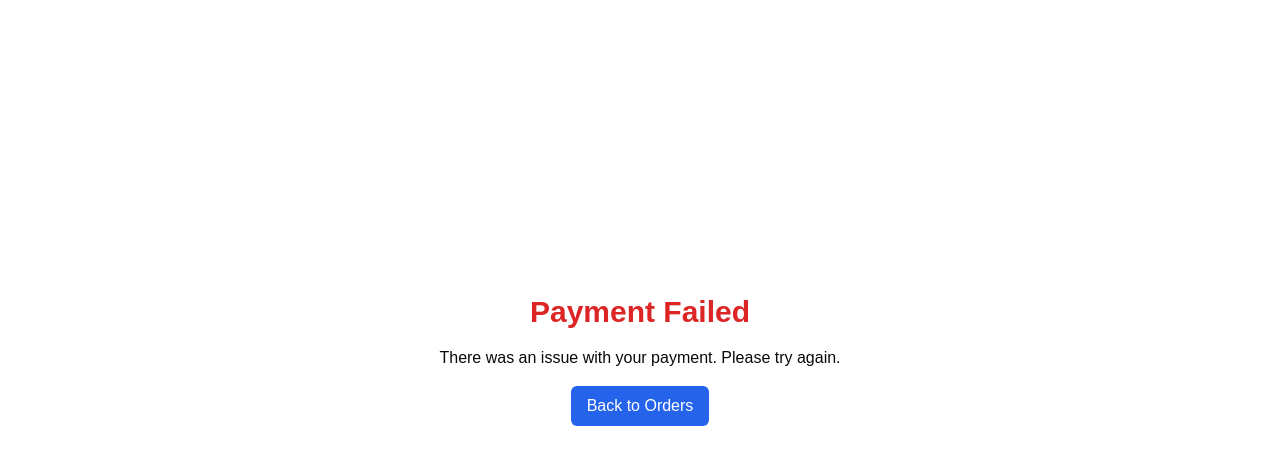
Repository: Dineshbhandari2023/FYP_Fasal_Bajar
Page: /payment/failure (app in Client/)
The author's editor kept a copy of each file at every save. The page is drawn from the files as they stood at one save, then again after the next save.
The browser window is 1280 px wide. The pictures show the whole page.
The page's requests for data from a server got no answer. Some web libraries are served in a nearby version. The project was rebuilt for these pictures with package versions that can differ from the ones it lists, and the page was loaded fresh each time. Some packages were replaced by stand-ins written for this rebuild. No one was signed in, and anything a server would have sent is missing. Also part of the build but not shown: Client/vite.config.js, Client/src/Authentication/logIn.jsx, Client/src/Authentication/register.jsx, Client/src/pages/Sidebar.jsx, Client/src/Farmer/reviewNotifications.jsx, Client/src/pages/Navbar.jsx, Client/src/Farmer/body.jsx, Client/src/Farmer/Dashboard.jsx and 40 more.

Above is the page before, as saved 2025-04-23 23:12:27.

### Client/index.html
<!DOCTYPE html>
<html lang="en">
  <head>
    <meta charset="UTF-8" />
    <link rel="icon" type="image/svg+xml" href="/vite.svg" />
    <meta name="viewport" content="width=device-width, initial-scale=1.0" />
    <title>Vite + React</title>
    <style>
      @import url("https://fonts.googleapis.com/css2?family=Montserrat:ital@0;1&display=swap");
    </style>
    <link
      rel="stylesheet"
      href="https://cdnjs.cloudflare.com/ajax/libs/font-awesome/5.15.0/css/all.min.css"
    />
    <link
      rel="stylesheet"
      href="https://cdn.jsdelivr.net/npm/bootstrap-icons@1.4.1/font/bootstrap-icons.css"
    />
  </head>
  <body>
    <div id="root"></div>
    <script type="module" src="/src/main.jsx"></script>
  </body>
</html>

### Client/src/main.jsx
// import { StrictMode } from "react";
// import { createRoot } from "react-dom/client";
// import "./index.css";
// import App from "./App.jsx";
// import { ToastContainer } from "react-toastify";
// import "react-toastify/ReactToastify.css";
// import { Provider } from "react-redux";
// import store from "./Redux/Store/store.js";
// import socketService from "./services/socketService";

// socketService.initializeSocket(store);
// createRoot(document.getElementById("root")).render(
//   <StrictMode>
//     <Provider store={store}>
//       <ToastContainer
//         position="top-right"
//         autoClose={5000}
//         hideProgressBar={false}
//         newestOnTop={false}
//         closeOnClick
//         rtl={false}
//         pauseOnFocusLoss
//         draggable
//         pauseOnHover
//         theme="light"
//       />
//       <App />
//     </Provider>
//   </StrictMode>
// );

import { StrictMode } from "react";
import { createRoot } from "react-dom/client";
import "./index.css";
import App from "./App.jsx";
import { ToastContainer } from "react-toastify";
import "react-toastify/ReactToastify.css";
import { Provider } from "react-redux";
import store, { persistor } from "./Redux/Store/store.js";
import { PersistGate } from "redux-persist/integration/react";
import socketService from "./services/socketService";

// Initialize any socket services with the store
socketService.initializeSocket(store);

createRoot(document.getElementById("root")).render(
  <StrictMode>
    <Provider store={store}>
      <PersistGate
        loading={null}
        persistor={persistor}
        onBeforeLift={() => {
          // Optionally dispatch setAuthChecked(true)
          store.dispatch({ type: "user/setAuthChecked", payload: true });
        }}
      >
        <ToastContainer
          position="top-right"
          autoClose={5000}
          hideProgressBar={false}
          newestOnTop={false}
          closeOnClick
          rtl={false}
          pauseOnFocusLoss
          draggable
          pauseOnHover
          theme="light"
        />
        <App />
      </PersistGate>
    </Provider>
  </StrictMode>
);

### Client/src/index.css
@tailwind base;
@tailwind components;
@tailwind utilities;

body {
  font-family: Arial, Helvetica, sans-serif;
}

/* Custom Utilities */
@layer utilities {
  .text-balance {
    text-wrap: balance;
  }
  .border-border {
    border-color: hsl(var(--border));
  }
  .bg-background {
    background-color: hsl(var(--background));
  }
  .text-foreground {
    color: hsl(var(--foreground));
  }
}

/* Base Styles and Variables */
@layer base {
  /* Light mode variables */
  :root {
    --background: 0 0% 100%;
    --foreground: 0 0% 3.9%;

    --card: 0 0% 100%;
    --card-foreground: 0 0% 3.9%;

    --popover: 0 0% 100%;
    --popover-foreground: 0 0% 3.9%;

    --primary: 0 0% 9%;
    --primary-foreground: 0 0% 98%;

    --secondary: 0 0% 96.1%;
    --secondary-foreground: 0 0% 9%;

    --muted: 0 0% 96.1%;
    --muted-foreground: 0 0% 45.1%;

    --accent: 0 0% 96.1%;
    --accent-foreground: 0 0% 9%;

    --destructive: 0 84.2% 60.2%;
    --destructive-foreground: 0 0% 98%;

    --border: 0 0% 89.8%;
    --input: 0 0% 89.8%;
    --ring: 0 0% 3.9%;

    --chart-1: 12 76% 61%;
    --chart-2: 173 58% 39%;
    --chart-3: 197 37% 24%;
    --chart-4: 43 74% 66%;
    --chart-5: 27 87% 67%;

    --radius: 0.5rem;

    --sidebar-background: 0 0% 98%;
    --sidebar-foreground: 240 5.3% 26.1%;
    --sidebar-primary: 240 5.9% 10%;
    --sidebar-primary-foreground: 0 0% 98%;
    --sidebar-accent: 240 4.8% 95.9%;
    --sidebar-accent-foreground: 240 5.9% 10%;
    --sidebar-border: 220 13% 91%;
    --sidebar-ring: 217.2 91.2% 59.8%;
  }

  /* Dark mode variables */
  .dark {
    --background: 0 0% 3.9%;
    --foreground: 0 0% 98%;

    --card: 0 0% 3.9%;
    --card-foreground: 0 0% 98%;

    --popover: 0 0% 3.9%;
    --popover-foreground: 0 0% 98%;

    --primary: 0 0% 98%;
    --primary-foreground: 0 0% 9%;

    --secondary: 0 0% 14.9%;
    --secondary-foreground: 0 0% 98%;

    --muted: 0 0% 14.9%;
    --muted-foreground: 0 0% 63.9%;

    --accent: 0 0% 14.9%;
    --accent-foreground: 0 0% 98%;

    --destructive: 0 62.8% 30.6%;
    --destructive-foreground: 0 0% 98%;

    --border: 0 0% 14.9%;
    --input: 0 0% 14.9%;
    --ring: 0 0% 83.1%;

    --chart-1: 220 70% 50%;
    --chart-2: 160 60% 45%;
    --chart-3: 30 80% 55%;
    --chart-4: 280 65% 60%;
    --chart-5: 340 75% 55%;

    --sidebar-background: 240 5.9% 10%;
    --sidebar-foreground: 240 4.8% 95.9%;
    --sidebar-primary: 224.3 76.3% 48%;
    --sidebar-primary-foreground: 0 0% 100%;
    --sidebar-accent: 240 3.7% 15.9%;
    --sidebar-accent-foreground: 240 4.8% 95.9%;
    --sidebar-border: 240 3.7% 15.9%;
    --sidebar-ring: 217.2 91.2% 59.8%;
  }

  /* Global Base Styles */
  * {
    @apply border-border;
  }
  body {
    @apply bg-background text-foreground;
  }
}

### Client/src/App.jsx
// App.jsx
import React, { useEffect } from "react";
import { BrowserRouter as Router, Routes, Route } from "react-router-dom";
import { useDispatch } from "react-redux";
import { login, logout } from "./Redux/slice/userSlice";

import Login from "./Authentication/logIn";
import Register from "./Authentication/register";
import Dashboard from "./Farmer/Dashboard";
import Product from "./Farmer/Product";
import Order from "./Farmer/Order";
import Message from "./pages/Message";
import Settings from "./Farmer/Settings";
import Landing from "./pages/landing";
import ProtectedRoute from "./Routes/ProtectedRoute";
import ProductList from "./Farmer/ProductList";
import UserDashboard from "./UI/UserDashboard";
import BrowsePage from "./browse/page";
import SellPage from "./sell/page";
import OrdersPage from "./orders/page";
import ProfilePage from "./profile/page";
import CartPage from "./cart/page";
import Map from "./map/page";
import Success from "./payment/success";
import Failure from "./payment/paymentFailure";
import PaymentComponent from "./payment/paymentForm";
import FarmerProfile from "./map/farmerProfile";
import MessagesPage from "./chat/messages";
//supplier imports
// import SupplierDashboardPage from "./supplier/pages/DashboardPage";
import SupplierDashboardPage from "./supplier/Tabs/DashboardPage";
import SupplierProfilePage from "./supplier/pages/ProfilePage";
// import SupplierMessagesPage from "./supplier/pages/MessagesPage";
import AnalyticsPage from "./supplier/Tabs/AnalyticsPage";
import DeliveriesPage from "./supplier/Tabs/DeliveriesPage";
import SupplierOrdersPage from "./supplier/Tabs/OrdersPage";
import SupplierMessagesPage from "./supplier/Tabs/MessagesPage";
import SupplierMapPage from "./supplier/Tabs/MapPage";

const App = () => {
  const dispatch = useDispatch();

  // useEffect(() => {
  //   const token = localStorage.getItem("accessToken");
  //   const storedUser = localStorage.getItem("user");

  //   if (token && storedUser) {
  //     dispatch(login({ token, user: JSON.parse(storedUser) }));
  //   } else {
  //     dispatch(logout());
  //   }
  // }, [dispatch]);
  useEffect(() => {
    dispatch({ type: "user/setAuthChecked", payload: true });
  }, []);

  return (
    <Router>
      <Routes>
        {/* Public Routes */}
        <Route path="/" element={<Landing />} />
        <Route path="/login" element={<Login />} />
        <Route path="/register" element={<Register />} />

        {/* Protected Routes */}

        <Route
          path="/farmer-dashboard"
          element={
            <ProtectedRoute>
              <Dashboard />
            </ProtectedRoute>
          }
        />
        <Route
          path="/farmer-product"
          element={
            <ProtectedRoute>
              <Product />
            </ProtectedRoute>
          }
        />
        <Route
          path="/farmer-orders"
          element={
            <ProtectedRoute>
              <Order />
            </ProtectedRoute>
          }
        />
        <Route
          path="/farmer/messages"
          element={
            <ProtectedRoute>
              <Message />
            </ProtectedRoute>
          }
        />
        <Route
          path="/product-list"
          element={
            <ProtectedRoute>
              <ProductList />
            </ProtectedRoute>
          }
        />
        <Route
          path="/settings"
          element={
            <ProtectedRoute>
              <Settings />
            </ProtectedRoute>
          }
        />
        <Route
          path="/user-dashboard"
          element={
            <ProtectedRoute>
              <UserDashboard />
            </ProtectedRoute>
          }
        />

        {/* Browse Routes */}
        <Route
          path="/browse"
          element={
            <ProtectedRoute>
              <BrowsePage />
            </ProtectedRoute>
          }
        />

        <Route
          path="/map"
          element={
            <ProtectedRoute>
              <Map />
            </ProtectedRoute>
          }
        />
        <Route
          path="/messages"
          element={
            <ProtectedRoute>
              <MessagesPage />
            </ProtectedRoute>
          }
        />

        <Route
          path="/farmer/:id"
          element={
            <ProtectedRoute>
              <FarmerProfile />
            </ProtectedRoute>
          }
        />
        {/* Sell Routes */}
        {/* <Route path="/sell" element={<SellPage />} /> */}
        <Route
          path="/sell"
          element={
            <ProtectedRoute>
              <SellPage />
            </ProtectedRoute>
          }
        />
        {/* Orders Routes */}
        {/* <Route path="/orders" element={<OrdersPage />} /> */}
        <Route
          path="/orders"
          element={
            <ProtectedRoute>
              <OrdersPage />
            </ProtectedRoute>
          }
        />
        {/* Profile Routes */}
        {/* <Route path="/profile" element={<ProfilePage />} /> */}
        <Route
          path="/profile"
          element={
            <ProtectedRoute>
              <ProfilePage />
            </ProtectedRoute>
          }
        />
        {/* Cart Routes */}
        {/* <Route path="/cart" element={<CartPage />} /> */}
        <Route
          path="/cart"
          element={
            <ProtectedRoute>
              <CartPage />
            </ProtectedRoute>
          }
        />

        <Route
          path="/supplier/dashboard"
          element={
            <ProtectedRoute>
              <SupplierDashboardPage />
            </ProtectedRoute>
          }
        />

        <Route
          path="/supplier/profile"
          element={
            <ProtectedRoute>
              <SupplierProfilePage />
            </ProtectedRoute>
          }
        />

        <Route
          path="/supplier/orders"
          element={
            <ProtectedRoute>
              <SupplierOrdersPage />
            </ProtectedRoute>
          }
        />
        <Route
          path="/supplier/deliveries"
          element={
            <ProtectedRoute>
              <DeliveriesPage />
            </ProtectedRoute>
          }
        />
        <Route
          path="/supplier/map"
          element={
            <ProtectedRoute>
              <SupplierMapPage />
            </ProtectedRoute>
          }
        />
        <Route
          path="/supplier/messages"
          element={
            <ProtectedRoute>
              <SupplierMessagesPage />
            </ProtectedRoute>
          }
        />
        <Route
          path="/supplier/messages/:contactId"
          element={<SupplierMessagesPage />}
        />
        <Route
          path="/supplier/analytics"
          element={
            <ProtectedRoute>
              <AnalyticsPage />
            </ProtectedRoute>
          }
        />
        <Route
          path="/supplier/settings"
          element={
            <ProtectedRoute>
              <SupplierDashboardPage />
            </ProtectedRoute>
          }
        />
        <Route
          path="/supplier/help"
          element={
            <ProtectedRoute>
              <SupplierDashboardPage />
            </ProtectedRoute>
          }
        />

        <Route path="/payment/success" element={<Success />} />
        <Route path="/payment/failure" element={<Failure />} />
        {/* <Route path="/payment-form" element={<PaymentComponent />} /> */}
      </Routes>
    </Router>
  );
};

export default App;

### Client/src/Redux/Store/store.js
// // store.js
// import { configureStore } from "@reduxjs/toolkit";
// import userReducer from "../slice/userSlice";
// import productsReducer from "../slice/productSlice";
// import ordersReducer from "../slice/orderSlice";
// import paymentReducer from "../slice/paymentSlice";
// import reviewReducer from "../slice/reviewSlice";
// import messageReducer from "../slice/messageSlice";

// const store = configureStore({
//   reducer: {
//     user: userReducer,
//     products: productsReducer,
//     orders: ordersReducer,
//     payment: paymentReducer,
//     review: reviewReducer,
//     messages: messageReducer,
//   },
//   middleware: (getDefaultMiddleware) =>
//     getDefaultMiddleware({
//       serializableCheck: false,
//     }),
//   devTools: process.env.NODE_ENV !== "production",
// });

// export default store;

import { configureStore, combineReducers } from "@reduxjs/toolkit";
import userReducer from "../slice/userSlice";
import productsReducer from "../slice/productSlice";
import ordersReducer from "../slice/orderSlice";
import paymentReducer from "../slice/paymentSlice";
import reviewReducer from "../slice/reviewSlice";
import messageReducer from "../slice/messageSlice";
import supplierReducer from "../slice/supplierSlice";
import { persistStore, persistReducer } from "redux-persist";
import storage from "redux-persist/lib/storage"; // defaults to localStorage for web

// Configure persist with a key and the storage engine
const persistConfig = {
  key: "root",
  storage,
  whitelist: [
    "user",
    "products",
    "orders",
    "payment",
    "review",
    "messages",
    "supplier",
  ], // persist the user slice (adjust as needed)
};

// Combine your reducers into a rootReducer
const rootReducer = combineReducers({
  user: userReducer,
  products: productsReducer,
  orders: ordersReducer,
  payment: paymentReducer,
  review: reviewReducer,
  messages: messageReducer,
  supplier: supplierReducer,
});

// Wrap the rootReducer with persistReducer
const persistedReducer = persistReducer(persistConfig, rootReducer);

const store = configureStore({
  reducer: persistedReducer,
  middleware: (getDefaultMiddleware) =>
    getDefaultMiddleware({
      serializableCheck: false, // Disable serializableCheck for redux-persist related non-serializable items
    }),
  devTools: process.env.NODE_ENV !== "production",
});

// Create the persistor from the store
export const persistor = persistStore(store);
export default store;

### Client/src/services/socketService.js
import { io } from "socket.io-client";
import {
  addSocketReview,
  updateSocketReview,
  deleteSocketReview,
} from "../Redux/slice/reviewSlice";

// Socket.IO service for managing connections and event handlers
class SocketService {
  constructor() {
    this.socket = null;
    this.reviewSocket = null;
    this.store = null;
  }

  // Initialize the main socket connection
  initializeSocket(store) {
    this.store = store;

    const token = localStorage.getItem("accessToken");
    const serverUrl = "http://localhost:8000"; // Hardcode the server URL for now

    // Socket.IO client options
    const socketOptions = {
      auth: { token },
      reconnection: true,
      reconnectionAttempts: 5,
      reconnectionDelay: 1000,
      withCredentials: true,
      transports: ["websocket", "polling"], // Try websocket first, then polling
    };

    console.log("Connecting to Socket.IO server at:", serverUrl);

    this.socket = io(serverUrl, socketOptions);

    this.socket.on("connect", () => {
      console.log("Connected to main socket server with ID:", this.socket.id);
    });

    this.socket.on("connect_error", (error) => {
      console.error("Socket connection error:", error);
      console.error("Socket connection error details:", error.message);
    });

    this.socket.on("disconnect", (reason) => {
      console.log("Disconnected from socket server:", reason);
    });

    // Initialize the reviews namespace
    this.initializeReviewSocket(token, serverUrl);

    return this.socket;
  }

  // Initialize the reviews namespace socket
  initializeReviewSocket(token, serverUrl) {
    // Socket.IO client options for review namespace
    const socketOptions = {
      auth: { token },
      reconnection: true,
      reconnectionAttempts: 5,
      reconnectionDelay: 1000,
      withCredentials: true,
      transports: ["websocket", "polling"], // Try websocket first, then polling
    };

    console.log("Connecting to reviews namespace at:", `${serverUrl}/reviews`);

    this.reviewSocket = io(`${serverUrl}/reviews`, socketOptions);

    this.reviewSocket.on("connect", () => {
      console.log(
        "Connected to reviews socket namespace with ID:",
        this.reviewSocket.id
      );
    });

    this.reviewSocket.on("connect_error", (error) => {
      console.error("Reviews socket connection error:", error);
      console.error("Reviews socket connection error details:", error.message);
    });

    // Set up review event listeners
    this.setupReviewEventListeners();

    return this.reviewSocket;
  }

  // Set up event listeners for review-related events
  setupReviewEventListeners() {
    if (!this.reviewSocket) return;

    this.reviewSocket.on("new_review", (review) => {
      console.log("New review received:", review);
      if (this.store) {
        this.store.dispatch(addSocketReview(review));
      }
    });

    this.reviewSocket.on("update_review", (review) => {
      console.log("Review updated:", review);
      if (this.store) {
        this.store.dispatch(updateSocketReview(review));
      }
    });

    this.reviewSocket.on("delete_review", (reviewId) => {
      console.log("Review deleted:", reviewId);
      if (this.store) {
        this.store.dispatch(deleteSocketReview(reviewId));
      }
    });
  }

  // Join a farmer's review room to receive updates
  joinFarmerReviewRoom(farmerId) {
    if (this.reviewSocket && this.reviewSocket.connected) {
      this.reviewSocket.emit("join_farmer_room", farmerId);
      console.log(`Joined farmer ${farmerId} review room`);
    } else {
      console.warn("Cannot join room: review socket not connected");
    }
  }

  // Leave a farmer's review room
  leaveFarmerReviewRoom(farmerId) {
    if (this.reviewSocket && this.reviewSocket.connected) {
      this.reviewSocket.emit("leave_farmer_room", farmerId);
      console.log(`Left farmer ${farmerId} review room`);
    }
  }

  // Disconnect all sockets
  disconnect() {
    if (this.reviewSocket) {
      this.reviewSocket.disconnect();
    }

    if (this.socket) {
      this.socket.disconnect();
    }
  }
}

// Create a singleton instance
const socketService = new SocketService();
export default socketService;

### Client/src/payment/paymentFailure.jsx
import { useNavigate } from "react-router-dom";

const Failure = () => {
  const navigate = useNavigate();

  return (
    <div className="min-h-screen flex items-center justify-center">
      <div className="text-center">
        <h1 className="text-3xl font-bold text-red-600 mb-4">Payment Failed</h1>
        <p className="mb-4">
          There was an issue with your payment. Please try again.
        </p>
        <button
          onClick={() => navigate("/orders")}
          className="px-4 py-2 bg-blue-600 text-white rounded-md hover:bg-blue-700"
        >
          Back to Orders
        </button>
      </div>
    </div>
  );
};

export default Failure;

### Client/src/Redux/slice/paymentSlice.js
import { createSlice } from "@reduxjs/toolkit";

const initialState = {
  loading: false,
  paymentUrl: null, // URL to redirect for payment if needed
  paymentStatus: null, // e.g., "Completed", "Pending", "Failed"
  error: null,
};

const paymentSlice = createSlice({
  name: "payment",
  initialState,
  reducers: {
    initiatePaymentRequest(state) {
      state.loading = true;
      state.error = null;
      state.paymentUrl = null;
    },
    initiatePaymentSuccess(state, action) {
      state.loading = false;
      state.paymentUrl = action.payload;
    },
    initiatePaymentFailure(state, action) {
      state.loading = false;
      state.error = action.payload;
    },
    checkPaymentStatusRequest(state) {
      state.loading = true;
      state.error = null;
    },
    checkPaymentStatusSuccess(state, action) {
      state.loading = false;
      state.paymentStatus = action.payload;
    },
    checkPaymentStatusFailure(state, action) {
      state.loading = false;
      state.error = action.payload;
    },
    resetPaymentState(state) {
      state.loading = false;
      state.paymentUrl = null;
      state.paymentStatus = null;
      state.error = null;
    },
  },
});

export const {
  initiatePaymentRequest,
  initiatePaymentSuccess,
  initiatePaymentFailure,
  checkPaymentStatusRequest,
  checkPaymentStatusSuccess,
  checkPaymentStatusFailure,
  resetPaymentState,
} = paymentSlice.actions;

export default paymentSlice.reducer;

### Client/src/Redux/slice/axiosInstance.js
// axiosInstance.js
import axios from "axios";

const instance = axios.create({
  baseURL: "http://localhost:8000",
  withCredentials: true,
});

instance.interceptors.request.use(
  (config) => {
    const token = localStorage.getItem("accessToken");
    if (token) {
      config.headers.Authorization = `Bearer ${token}`;
    }
    return config;
  },
  (error) => Promise.reject(error)
);

// Global response interceptor to catch 401 errors
instance.interceptors.response.use(
  (response) => response,
  (error) => {
    if (error.response && error.response.status === 401) {
      localStorage.removeItem("accessToken");
      window.location.href = "/login"; // redirect user to login if unauthorized
    }
    return Promise.reject(error);
  }
);

export default instance;

Loaded but not shown: Client/tailwind.config.js (common file); Client/src/Redux/slice/orderSlice.js (576 lines, source omitted); Client/src/Redux/slice/supplierSlice.js (469 lines, source omitted); Client/src/Redux/slice/reviewSlice.js (299 lines, source omitted); Client/src/Redux/slice/userSlice.js (314 lines, source omitted); Client/src/Redux/slice/messageSlice.js (233 lines, source omitted); Client/src/Redux/slice/productSlice.js (205 lines, source omitted)

After the next save:
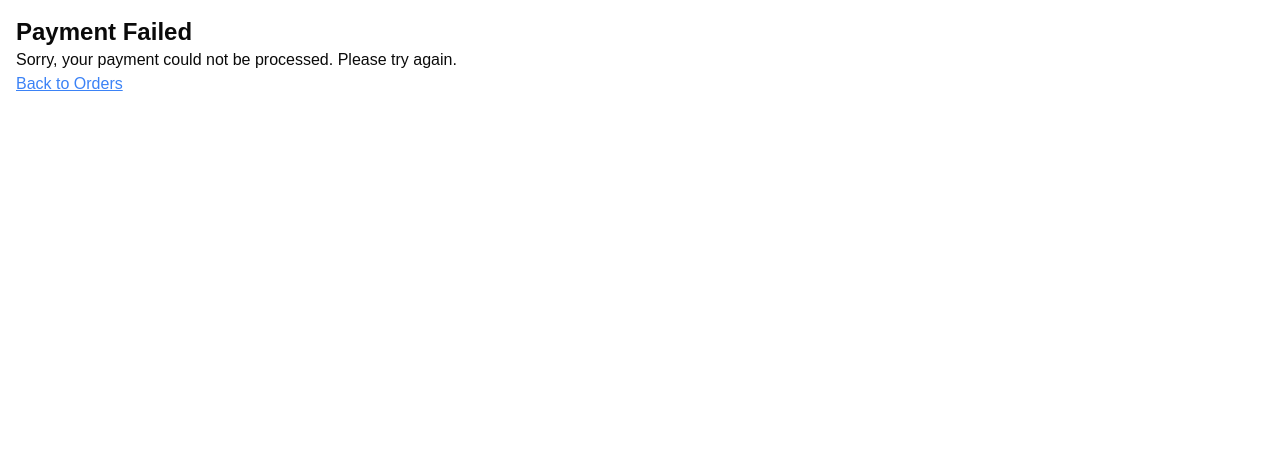
Saved 72 s later.
--- a/Client/src/payment/paymentFailure.jsx
+++ b/Client/src/payment/paymentFailure.jsx
@@ -1,22 +1,14 @@
-import { useNavigate } from "react-router-dom";
+import React from "react";
+import { Link } from "react-router-dom";
 
 const Failure = () => {
-  const navigate = useNavigate();
-
   return (
-    <div className="min-h-screen flex items-center justify-center">
-      <div className="text-center">
-        <h1 className="text-3xl font-bold text-red-600 mb-4">Payment Failed</h1>
-        <p className="mb-4">
-          There was an issue with your payment. Please try again.
-        </p>
-        <button
-          onClick={() => navigate("/orders")}
-          className="px-4 py-2 bg-blue-600 text-white rounded-md hover:bg-blue-700"
-        >
-          Back to Orders
-        </button>
-      </div>
+    <div className="container mx-auto p-4">
+      <h1 className="text-2xl font-bold">Payment Failed</h1>
+      <p>Sorry, your payment could not be processed. Please try again.</p>
+      <Link to="/orders" className="text-blue-500 underline">
+        Back to Orders
+      </Link>
     </div>
   );
 };
